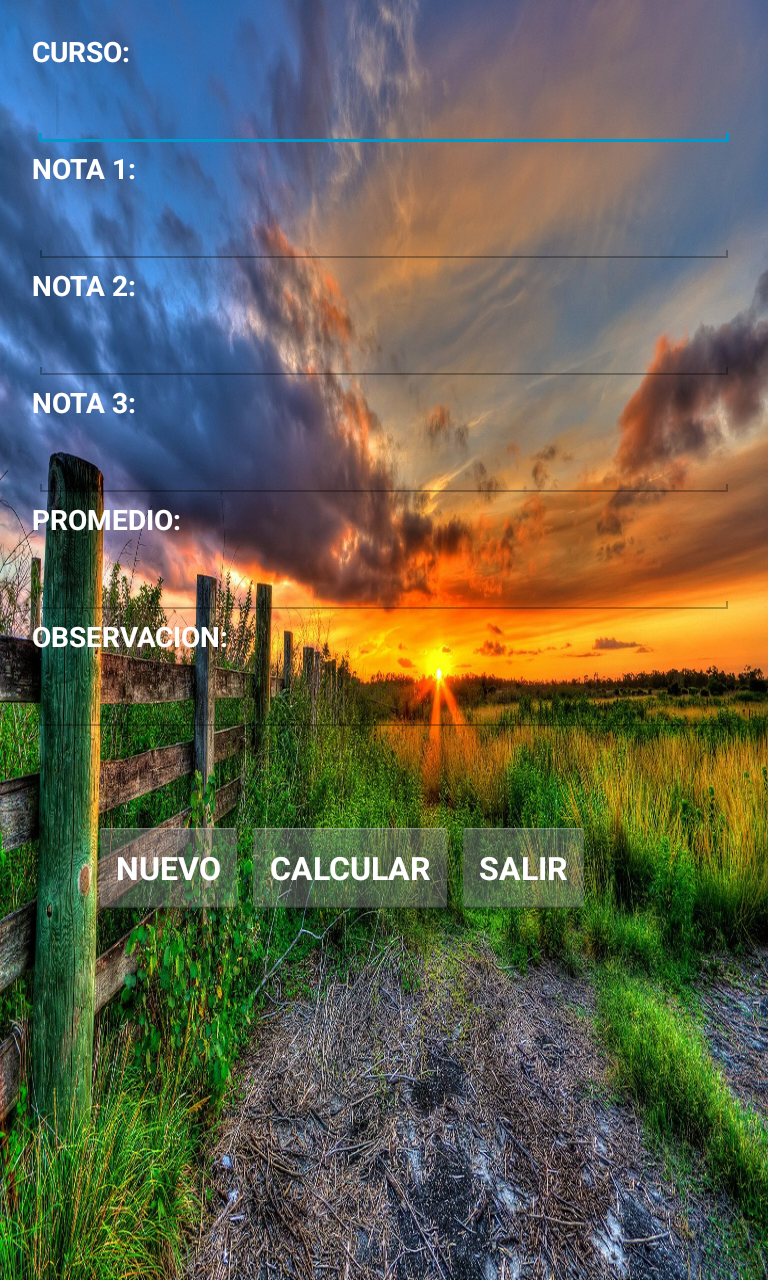
Repository: sherildyasmin06/-reas-Geom-tricas
Layout: Operaciones/res/layout/activity_promedio.xml
The author's editor kept a copy of each file at every save. The layout is drawn from the files as they stood at one save, then again after the next save.
It is drawn on a 768 x 1280 px phone screen (xhdpi) without system bars, with theme AppTheme; the app's code is not run.

Above is the layout before, as saved 2017-10-18 03:14:28.

After the next save:
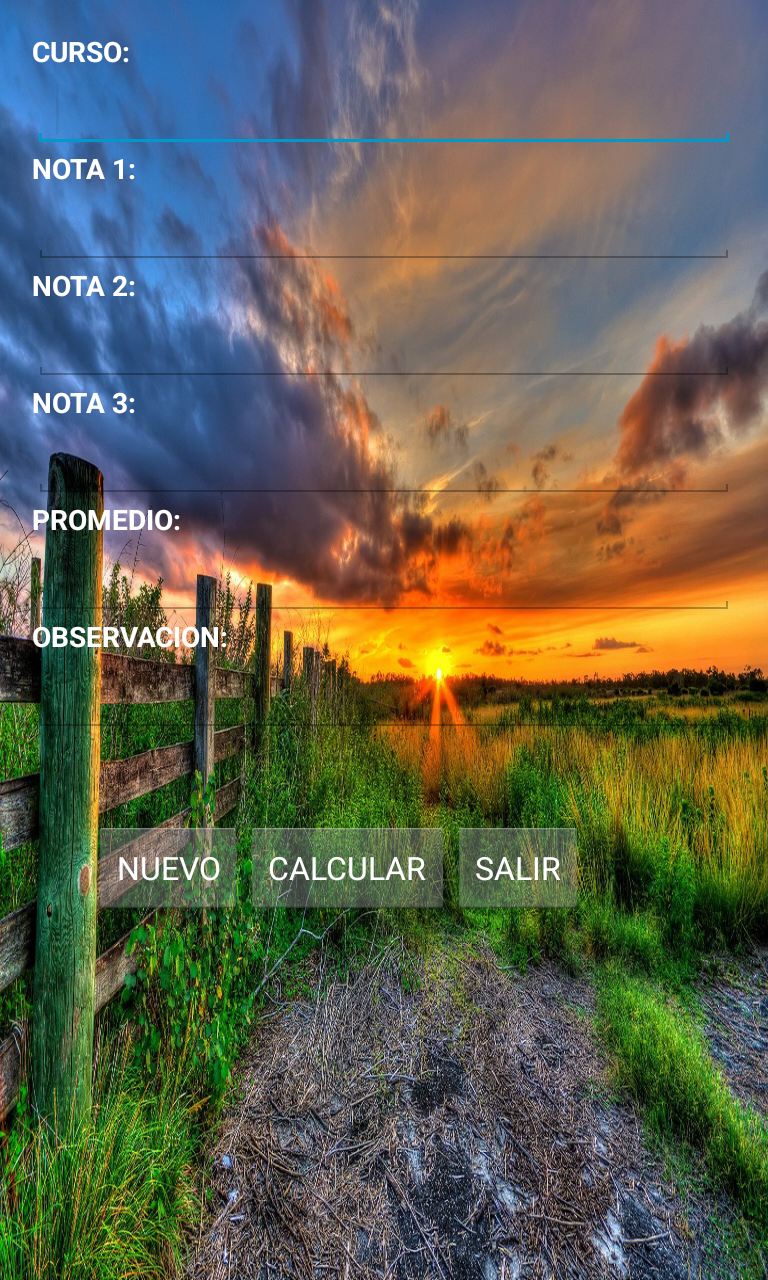
Saved 52 s later.
--- a/Operaciones/res/layout/activity_promedio.xml
+++ b/Operaciones/res/layout/activity_promedio.xml
@@ -3,6 +3,7 @@
     android:layout_width="match_parent"
     android:layout_height="match_parent"
     android:background="@drawable/fondo04"
+    android:gravity="center"
     android:paddingBottom="@dimen/activity_vertical_margin"
     android:paddingLeft="@dimen/activity_horizontal_margin"
     android:paddingRight="@dimen/activity_horizontal_margin"
@@ -128,8 +129,7 @@
             android:layout_height="wrap_content"
             android:text="@string/bnuevo"
             android:textColor="@color/colorcuadros02"
-            android:textSize="@dimen/activity_horizontal_margin"
-            android:textStyle="bold" />
+            android:textSize="@dimen/activity_horizontal_margin" />
 
         <Button
             android:id="@+id/button2"
@@ -137,8 +137,7 @@
             android:layout_height="wrap_content"
             android:text="@string/bcalcular"
             android:textColor="@color/colorcuadros02"
-            android:textSize="@dimen/activity_horizontal_margin"
-            android:textStyle="bold" />
+            android:textSize="@dimen/activity_horizontal_margin" />
 
         <Button
             android:id="@+id/button3"
@@ -146,8 +145,7 @@
             android:layout_height="wrap_content"
             android:text="@string/bsalir"
             android:textColor="@color/colorcuadros02"
-            android:textSize="@dimen/activity_horizontal_margin"
-            android:textStyle="bold" />
+            android:textSize="@dimen/activity_horizontal_margin" />
 
     </LinearLayout>
 
